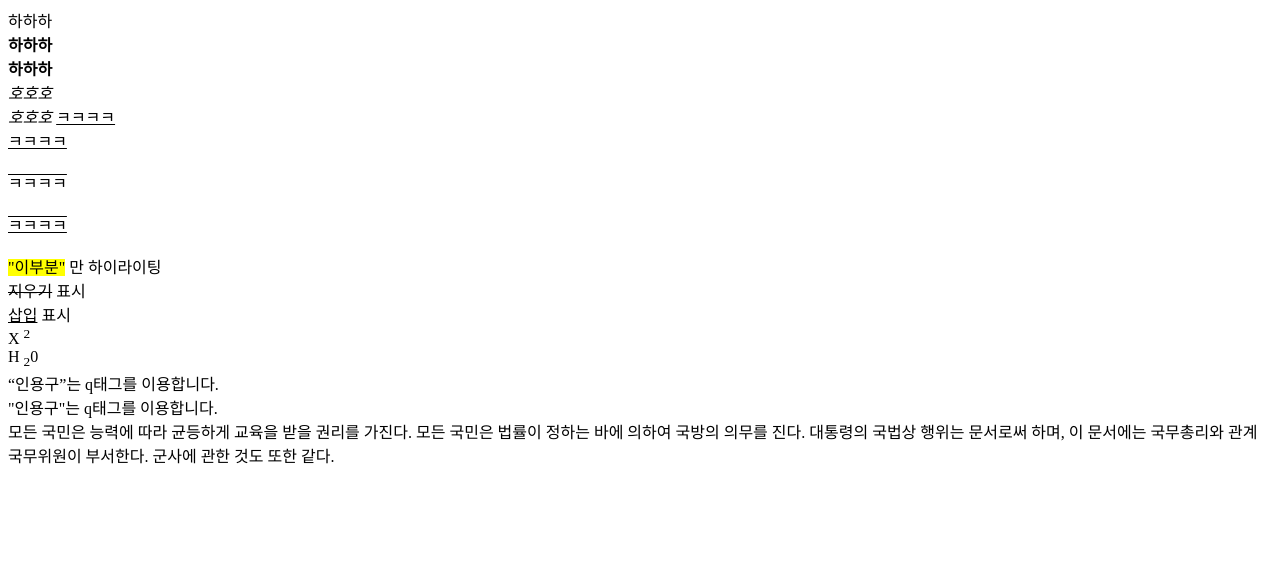
Repository: AkaKSR/Java_Convergence_New
Page: HTML0826/WebContent/Ex06.html
The author's editor kept a copy of each file at every save. The page is drawn from the files as they stood at one save, then again after the next save.
The browser window is 1280 px wide. The pictures show the whole page.

Above is the page before, as saved 2019-08-26 07:40:50.

After the next save:
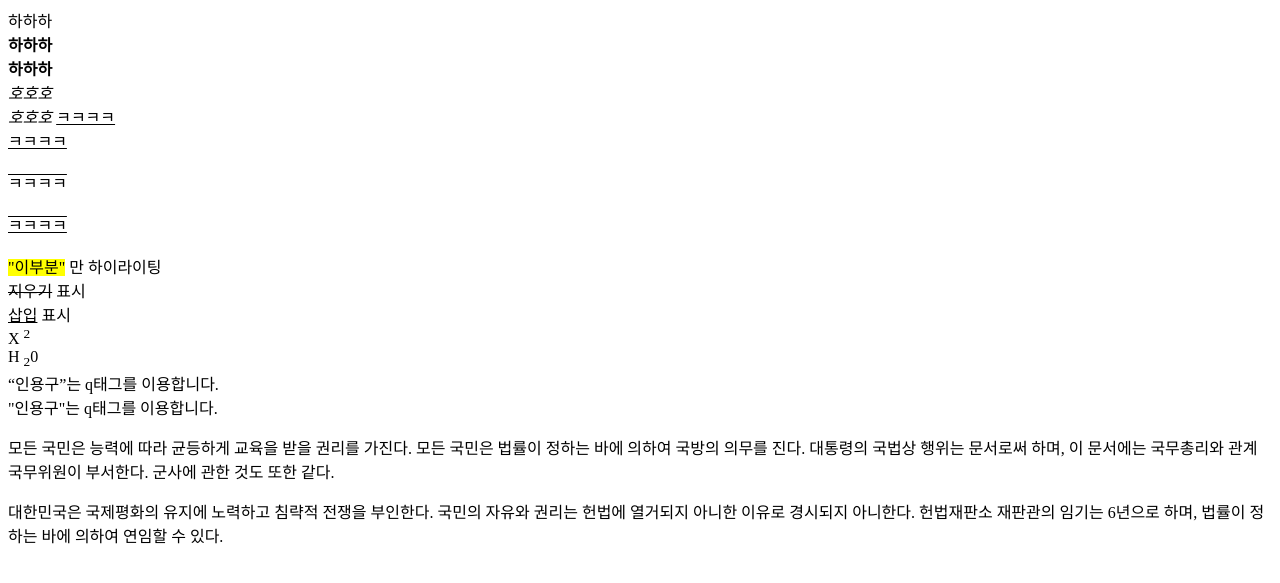
Saved 59 s later.
--- a/HTML0826/WebContent/Ex06.html
+++ b/HTML0826/WebContent/Ex06.html
@@ -47,8 +47,11 @@
 	<br>
 	<!-- 사용하지 말자 -->
 	"인용구"는 q태그를 이용합니다.
-	<br> 모든 국민은 능력에 따라 균등하게 교육을 받을 권리를 가진다. 모든 국민은 법률이 정하는 바에 의하여 국방의
-	의무를 진다. 대통령의 국법상 행위는 문서로써 하며, 이 문서에는 국무총리와 관계 국무위원이 부서한다. 군사에 관한 것도 또한
-	같다.
+	<br>
+	<p>모든 국민은 능력에 따라 균등하게 교육을 받을 권리를 가진다. 모든 국민은 법률이 정하는 바에 의하여 국방의 의무를
+		진다. 대통령의 국법상 행위는 문서로써 하며, 이 문서에는 국무총리와 관계 국무위원이 부서한다. 군사에 관한 것도 또한 같다.</p>
+	대한민국은 국제평화의 유지에 노력하고 침략적 전쟁을 부인한다. 국민의 자유와 권리는 헌법에 열거되지 아니한 이유로 경시되지
+	아니한다. 헌법재판소 재판관의 임기는 6년으로 하며, 법률이 정하는 바에 의하여 연임할 수 있다.
+
 </body>
 </html>
